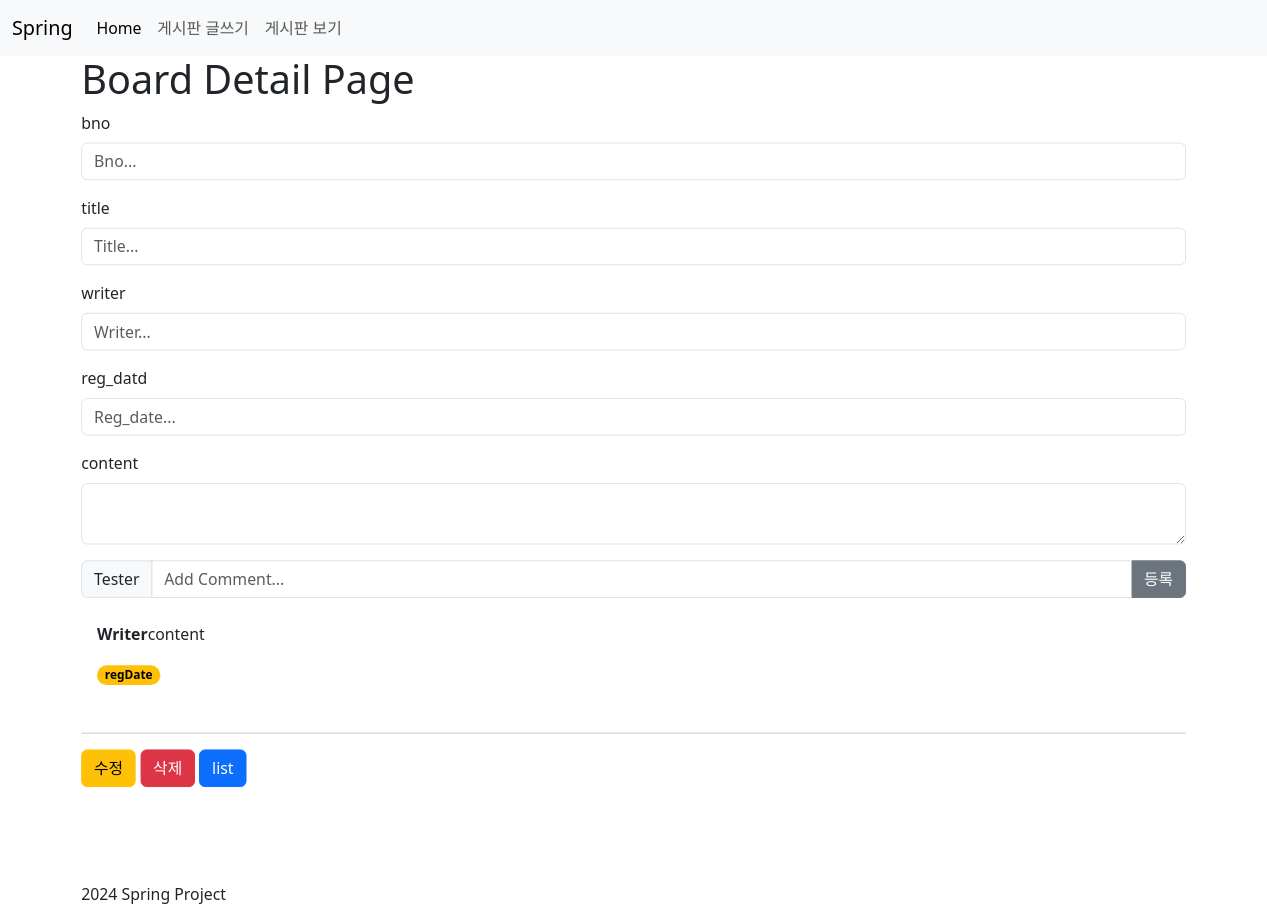
Repository: havanara/240423_SPRING_Project
Page: http://localhost/spring_test2/WEB-INF/views/board/detail.jsp
These files come from the project's save history. The page is drawn as it stood at one moment and after the next save; the edit follows.
The browser window is 1280 px wide. The pictures show the whole page, at 99% of full size.
The page is served by Tomcat 9. Nobody is signed in. The template is opened directly, without the code that normally fills it, so the values that code supplies are empty.

Above is the page before, as saved 2024-05-02 03:20:54.

After the next save:
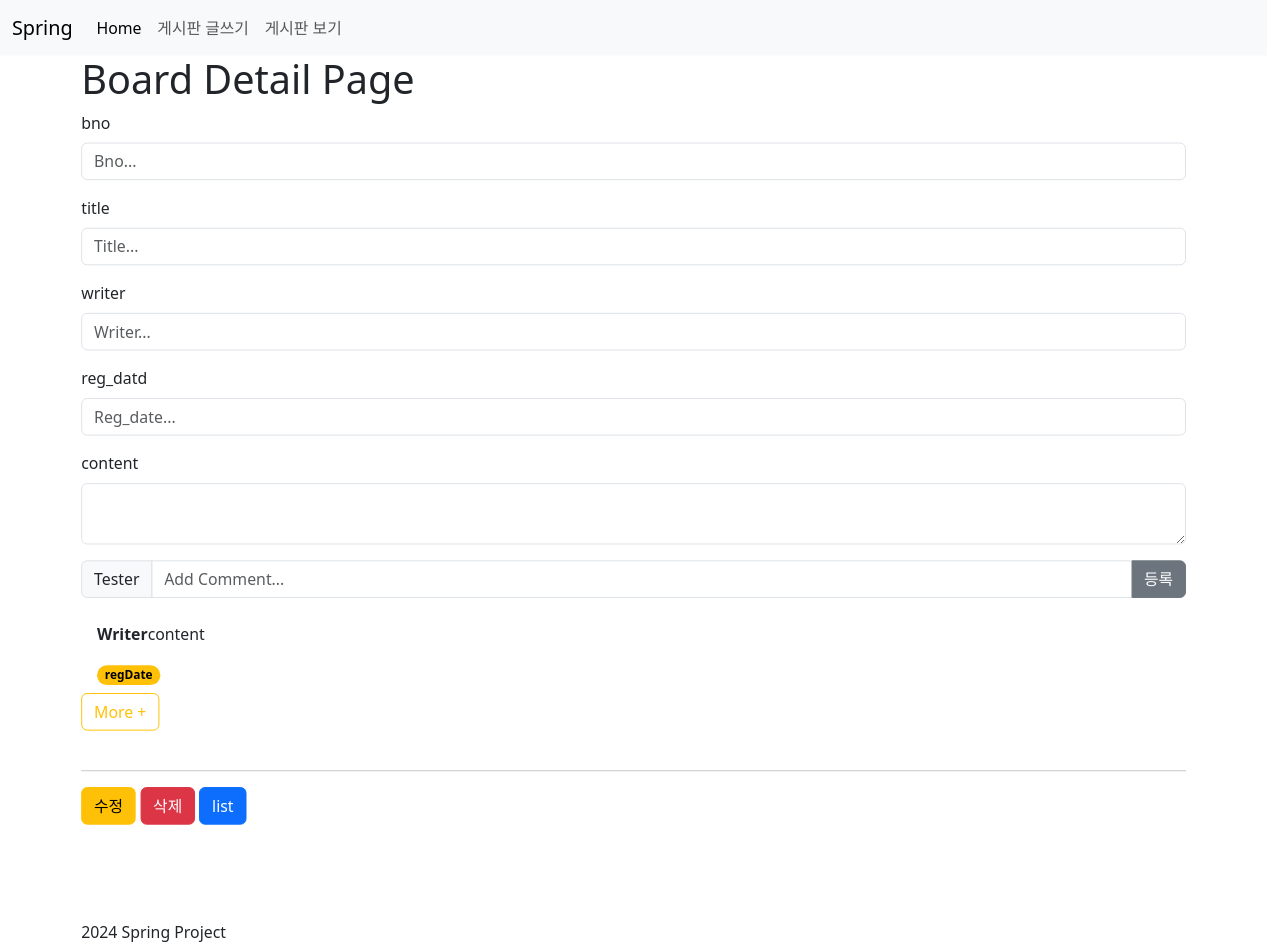
Saved 79 s later.
--- a/spring_test2/src/main/webapp/WEB-INF/views/board/detail.jsp
+++ b/spring_test2/src/main/webapp/WEB-INF/views/board/detail.jsp
@@ -83,7 +83,9 @@
 	</ul>
 
 	<!-- 댓글 더보기 버튼 -->
-
+	<div>
+		<button type="button" class="btn btn-outline-warning">More +</button>
+	</div>
 
 	<!-- 댓글 출력 아코디언 방식 -->
 <!-- 	<div class="accordion" id="accordionExample">
